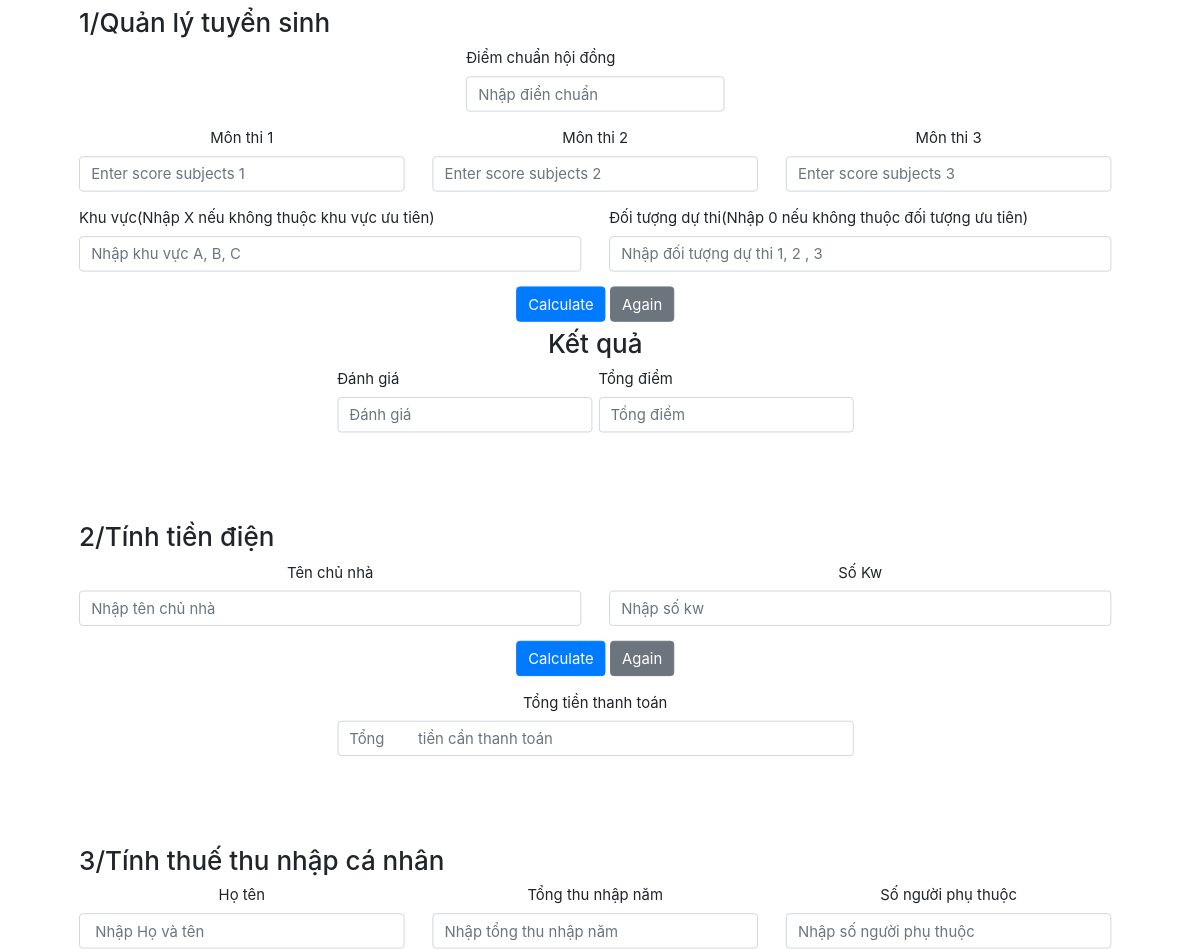
Repository: baobaodeveloper/bootcamp21__jsbasic4_HuynhAnhBao
Page: index.html
These files come from the project's save history. The page is drawn as it stood at one moment and after the next save; the edit follows.
The browser window is 1280 px wide. The pictures show the whole page, at 93% of full size.

Above is the page before, as saved 2022-03-13 20:32:54.

After the next save:
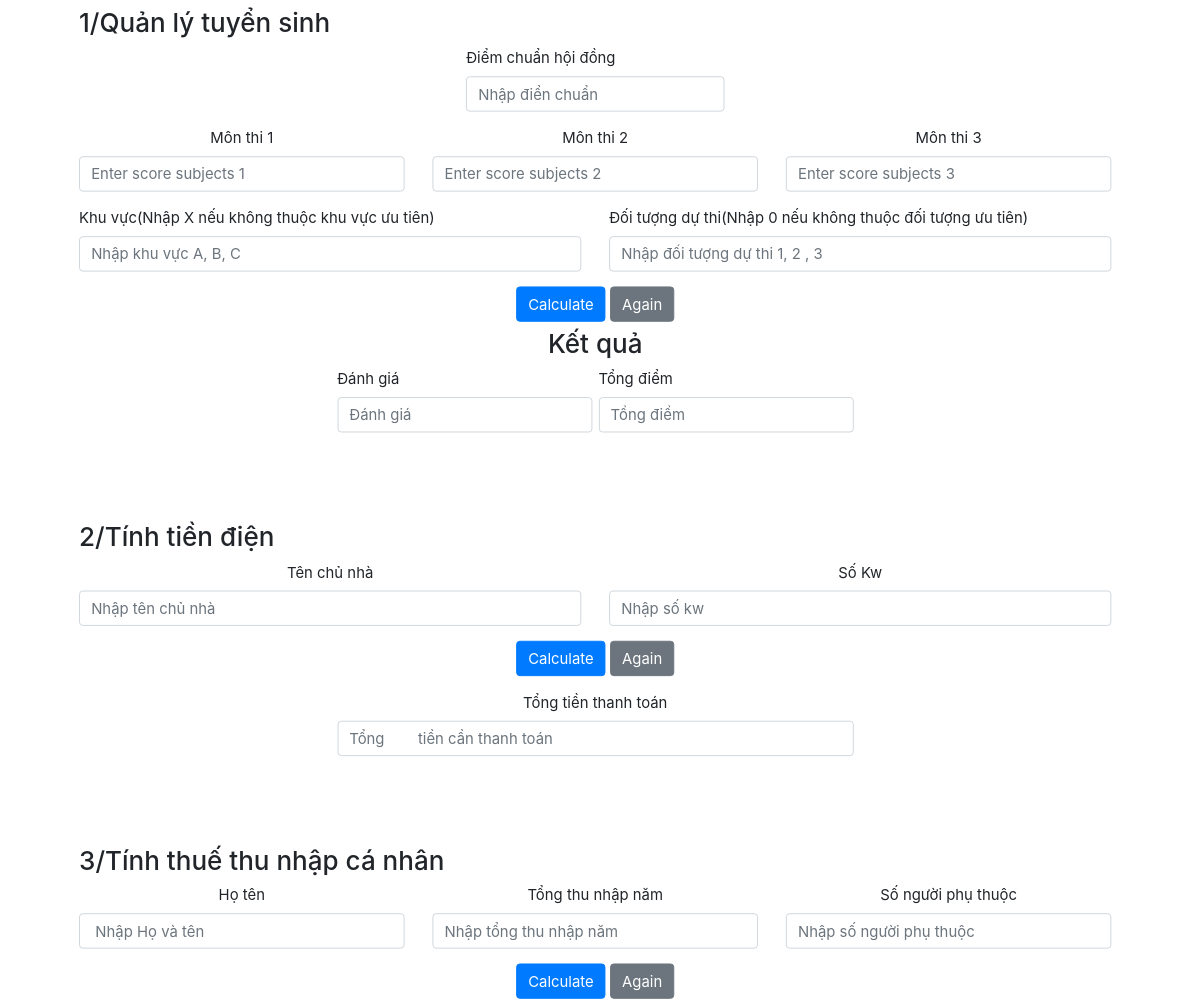
Saved 22 s later.
--- a/index.html
+++ b/index.html
@@ -196,6 +196,15 @@
           />
         </div>
       </div>
+
+      <div class="text-center mt-3">
+        <button type="button" class="btn btn-primary" id="electricBill">
+          Calculate
+        </button>
+        <button type="button" class="btn btn-secondary" id="electricbill-again">
+          Again
+        </button>
+      </div>
     </div>
     <!-- Optional JavaScript -->
     <!-- jQuery first, then Popper.js, then Bootstrap JS -->
